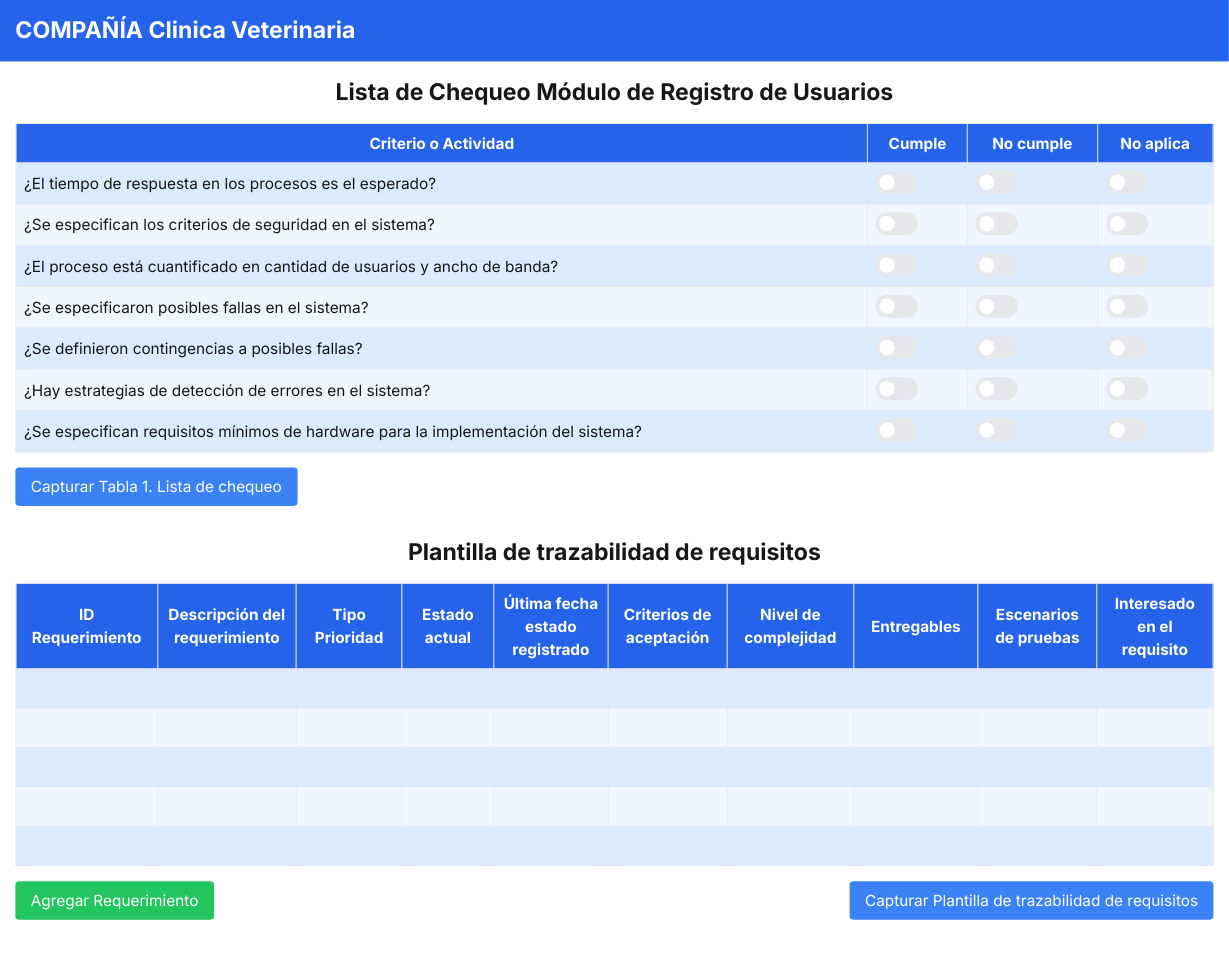
Repository: CiroAlfa/lista-de-Chequeo
Page: /
An editor plug-in stored every save of this project. The page is shown before and after the next save, followed by the edit.
The browser window is 1280 px wide. The pictures show the whole page, at 96% of full size.
The project was rebuilt for these pictures with package versions that can differ from the ones it lists, and the page was loaded fresh each time. The framework's server and built-in components were replaced by stand-ins that run in the browser. Also part of the build but not shown: next.config.mjs.

Above is the page before, as saved 2024-09-27 13:11:13.

After the next save:
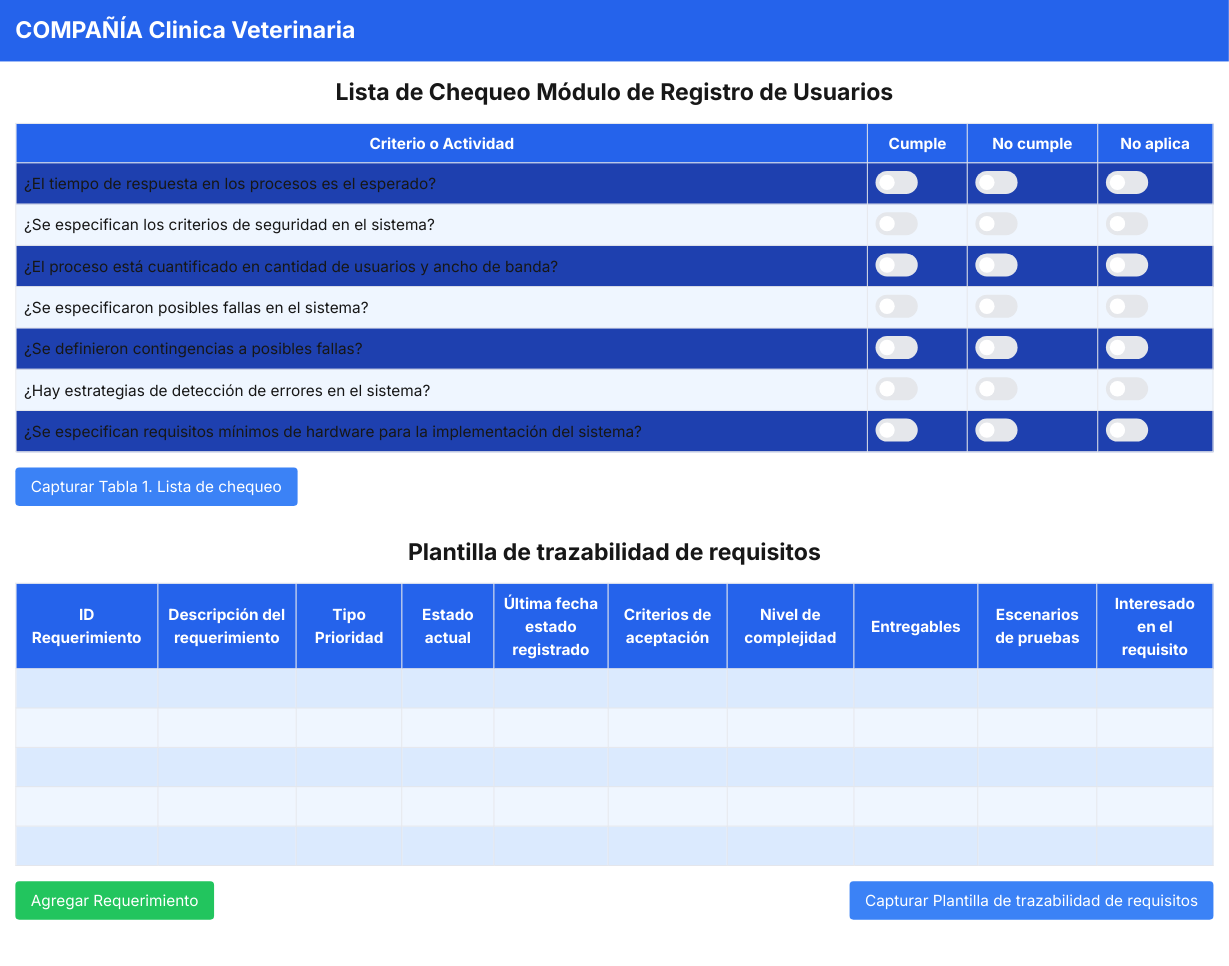
Saved 17 s later.
--- a/src/app/page.tsx
+++ b/src/app/page.tsx
@@ -116,7 +116,7 @@
           </thead>
           <tbody>
             {checklist.map((item, index) => (
-              <tr key={item.id} className={index % 2 === 0 ? 'bg-blue-100' : 'bg-blue-50'}>
+              <tr key={item.id} className={index % 2 === 0 ? 'bg-blue-800' : 'bg-blue-50'}>
                 <td className="border p-2">{item.criteria}</td>
                 <td className="border p-2">
                   <Switch
